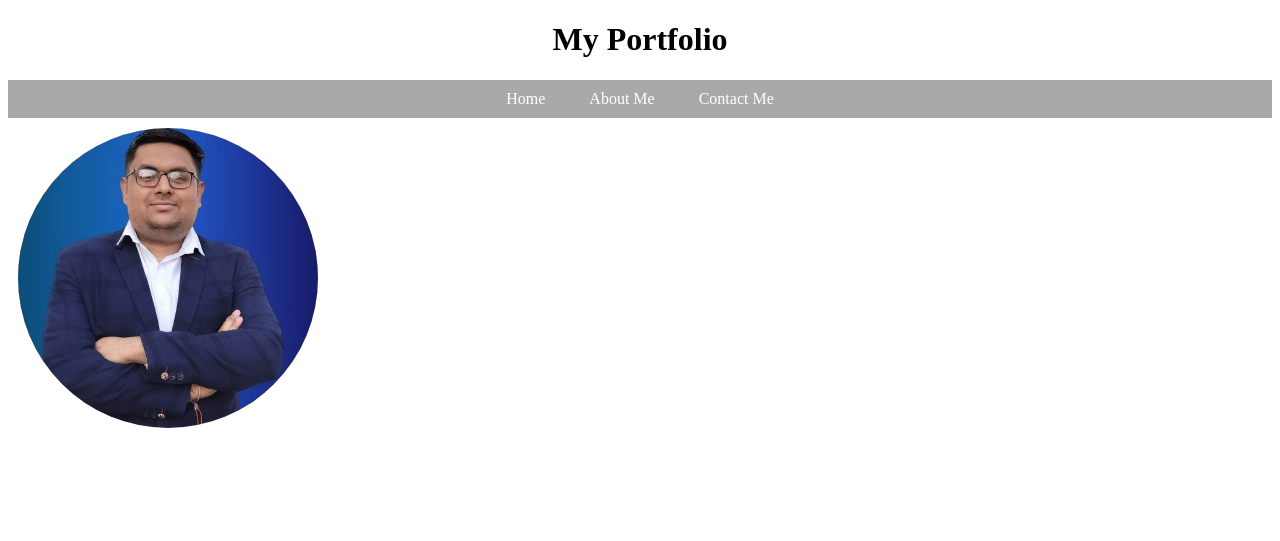
Repository: harshitanthal1/my_portfolio
Page: index.html
The author's editor kept a copy of each file at every save. The page is drawn from the files as they stood at one save, then again after the next save.
The browser window is 1280 px wide. The pictures show the whole page.

Above is the page before, as saved 2024-02-02 13:16:00.

### index.html
<!DOCTYPE html>
<html lang="en">
<head>
    <meta charset="UTF-8">
    <meta name="viewport" content="width=device-width, initial-scale=1.0">
    <title>My Portfolio</title>
    <link rel="stylesheet" href="styles/styles.css" />
</head>
<body>
    <header><h1>My Portfolio</h1></header>
    <nav>
        <li><a href="index.html" target="_blank">Home</a></li>
        <li><a href="aboutme.html" target="_blank" >About Me</a></li>
        <li><a href="contactme.html" target="_blank" >Contact Me</a></li>
    </nav>
    <div id="profile">
        <img src="images/my_pic.jpg" width="300px" alt="Avatar" />
    </div>
</body>
</html>

### styles/styles.css
header {
    text-align: center;
}

nav {
    background-color: darkgrey;
    color: white;
    padding: 10px;
    text-align: center;
}

li {
    display: inline;
    margin-right: 20px;
    margin-left: 20px;
}

a {
    text-decoration: none;
    color: white;
}

#profile {
    padding: 10px;
}

img {
    border-radius: 50%;
}

After the next save:
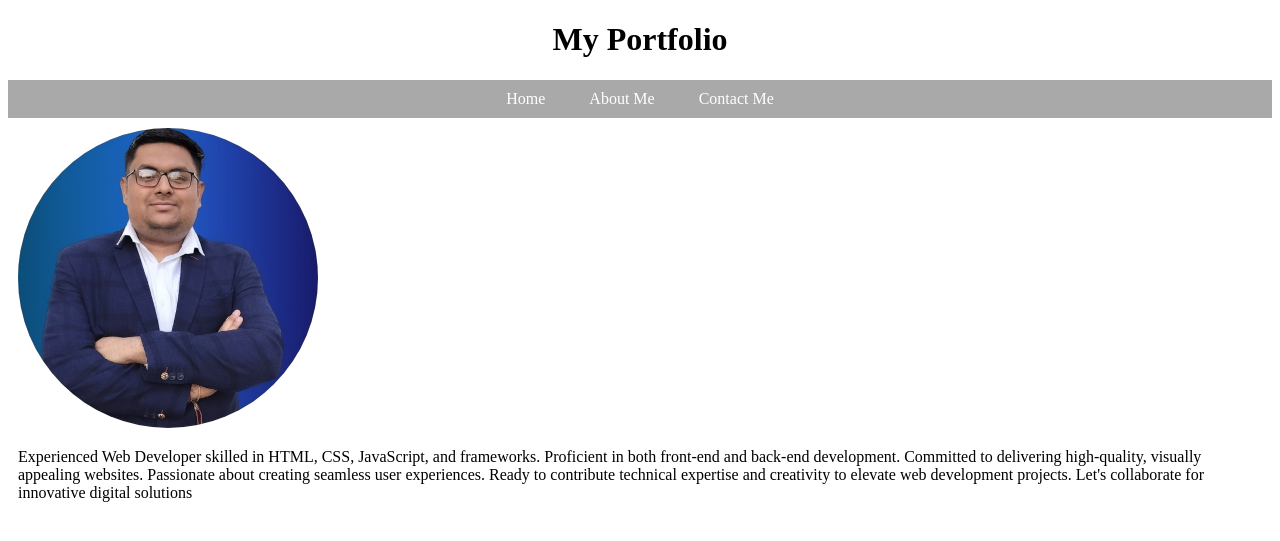
Saved 2 min 34 s later.
--- a/index.html
+++ b/index.html
@@ -15,6 +15,9 @@
     </nav>
     <div id="profile">
         <img src="images/my_pic.jpg" width="300px" alt="Avatar" />
+        <p>
+            Experienced Web Developer skilled in HTML, CSS, JavaScript, and frameworks. Proficient in both front-end and back-end development. Committed to delivering high-quality, visually appealing websites. Passionate about creating seamless user experiences. Ready to contribute technical expertise and creativity to elevate web development projects. Let's collaborate for innovative digital solutions
+        </p>
     </div>
 </body>
 </html>
